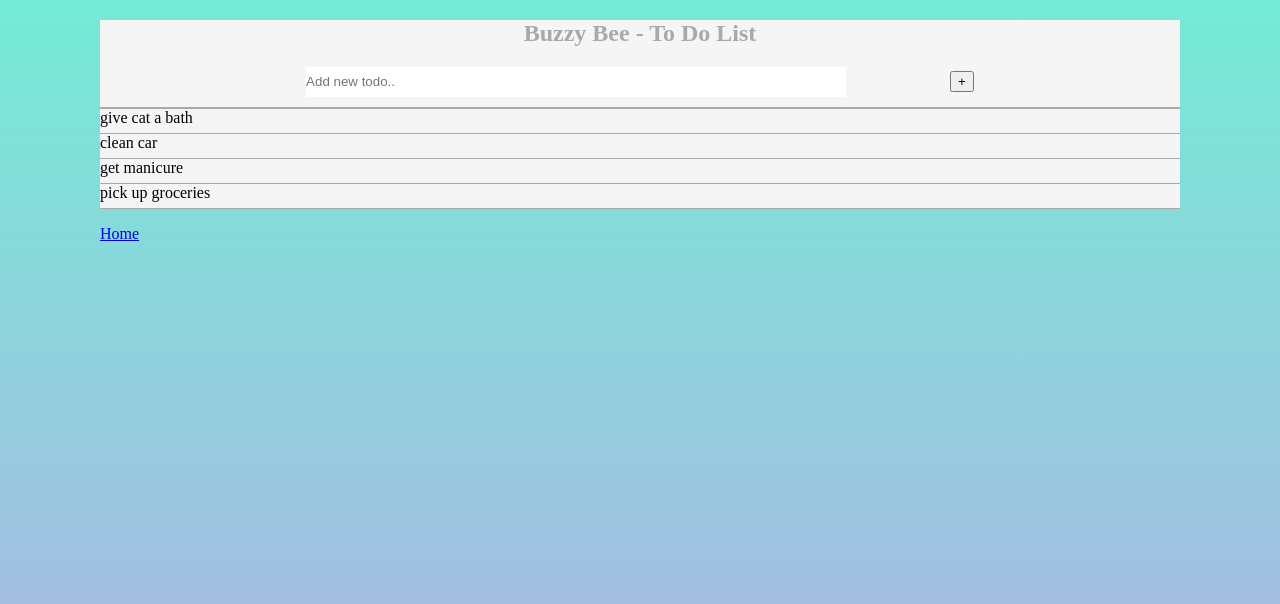
Repository: seleniadelgado/backend-spring2020-angie
Page: projects/todo/public_html/index.html
An editor plug-in stored every save of this project. The page is shown before and after the next save, followed by the edit.
The browser window is 1280 px wide. The pictures show the whole page.
The page's requests for data from a server got no answer.

Above is the page before, as saved 2020-05-12 19:43:45.

### projects/todo/public_html/index.html
<!DOCTYPE html>

<html lang="en">
    <head>
        <meta charset="utf-8">
        <title>Buzzy Bee - To Do List</title>
        <meta name="description" content="The HTML5 Herald">
        <meta name="author" content="SitePoint">
        <link rel="stylesheet" href="styles.css">
        <script
            src="https://code.jquery.com/jquery-3.5.0.min.js"
            integrity="sha256-xNzN2a4ltkB44Mc/Jz3pT4iU1cmeR0FkXs4pru/JxaQ="
            crossorigin="anonymous">
        </script>
</head>
<body>
    <div class="sectionTitle">
        <div class="appTitle">
            <h2>Buzzy Bee - To Do List</h2>
        </div>
        <div id="addNote">
            <input type="text" id="newNote" placeholder="Add new todo..">
            <button class="addBtn">+</button>
        </div>
    </div>

    <ul id="myList">
        <li>give cat a bath</li>
        <li>clean car</li>
        <li>get manicure</li>
        <li>pick up groceries</li>
    </ul>





















    <a href="http://localhost:3000/">Home</a>



    <script>
        $(document).ready(() => {
            let objectToSend = {
                note: "Do somethings",
                author: "Nick"
            }

            $.post("http://localhost:3000/newNote", objectToSend, (dataToGet) => {
                console.log(dataToGet);
            });
            $.post("http://localhost:3000/readNotes", {}, (dataToGet) => {
                let allNotesArray = dataToGet.notes;

                console.log(allNotesArray);
            })
        })

        //import the data from default user
        // make JSON into JS with parse.
        //with the list we want to populate our ul.
        //use jquery to access the dom, grab the string
        //loop over notes
        //add the note as an li to the ul
        //  Create li with jquery.
        //  target the ul with jquery and append the li.
        //note: $('<li></li>'')
        //      $('ul') -> a jquery list which holds the ul.
        //      get 1st element from the array

    </script>
</body>
</html>

### projects/todo/public_html/styles.css
html {
    background: linear-gradient(#74ebd5, #ACB6E5);
    height: 100%;
}
* {
    box-sizing: border-box;
}
body {
    margin: 0px 100px 75px 100px;
}

.sectionTitle {
    background-color: whitesmoke;
    text-align: center;
    border-bottom: 2px solid darkgray;
}

.appTitle {
    color: darkgray;
}
#addNote #newNote {
    border: none;
    margin: 0px 100px 10px 0px;
    padding: 0px;
    height: 30px;
    width: 50%;
}
#myList {
    list-style: none;
    padding: 0px;
    margin-top: 0px;
}
#myList li {
    height: 25px;
    border-bottom: 1px solid darkgray;
    background-color: whitesmoke;
}

After the next save:
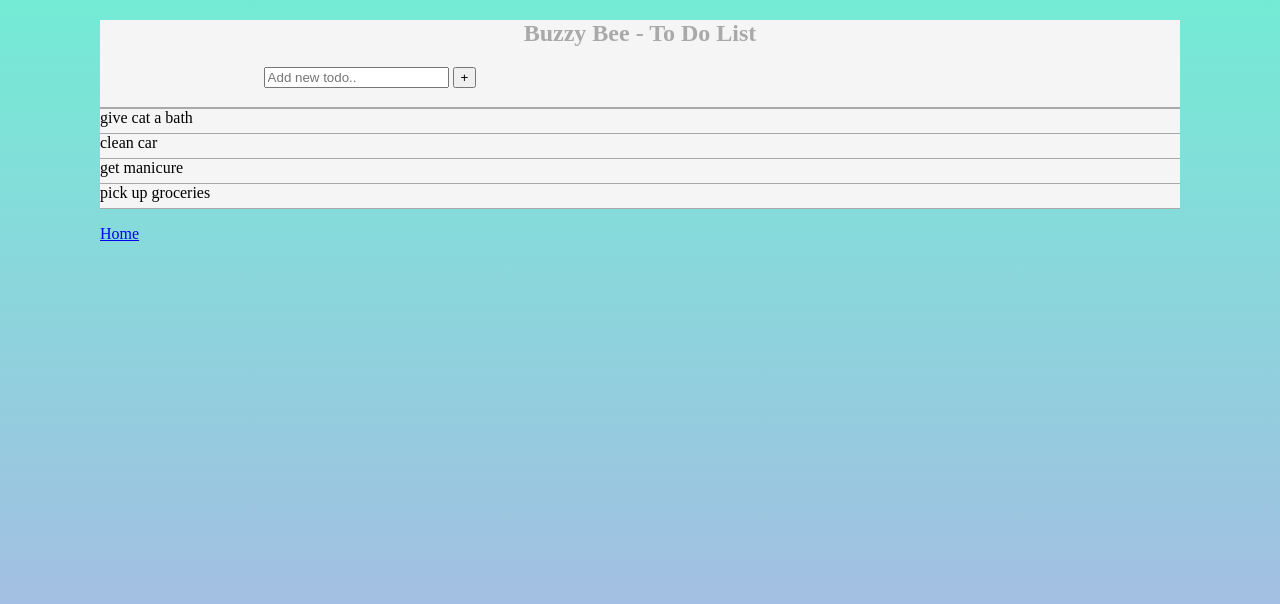
Saved 100 s later.
--- a/projects/todo/public_html/styles.css
+++ b/projects/todo/public_html/styles.css
@@ -18,7 +18,7 @@ body {
 .appTitle {
     color: darkgray;
 }
-#addNote #newNote {
+#addNote {
     border: none;
     margin: 0px 100px 10px 0px;
     padding: 0px;
